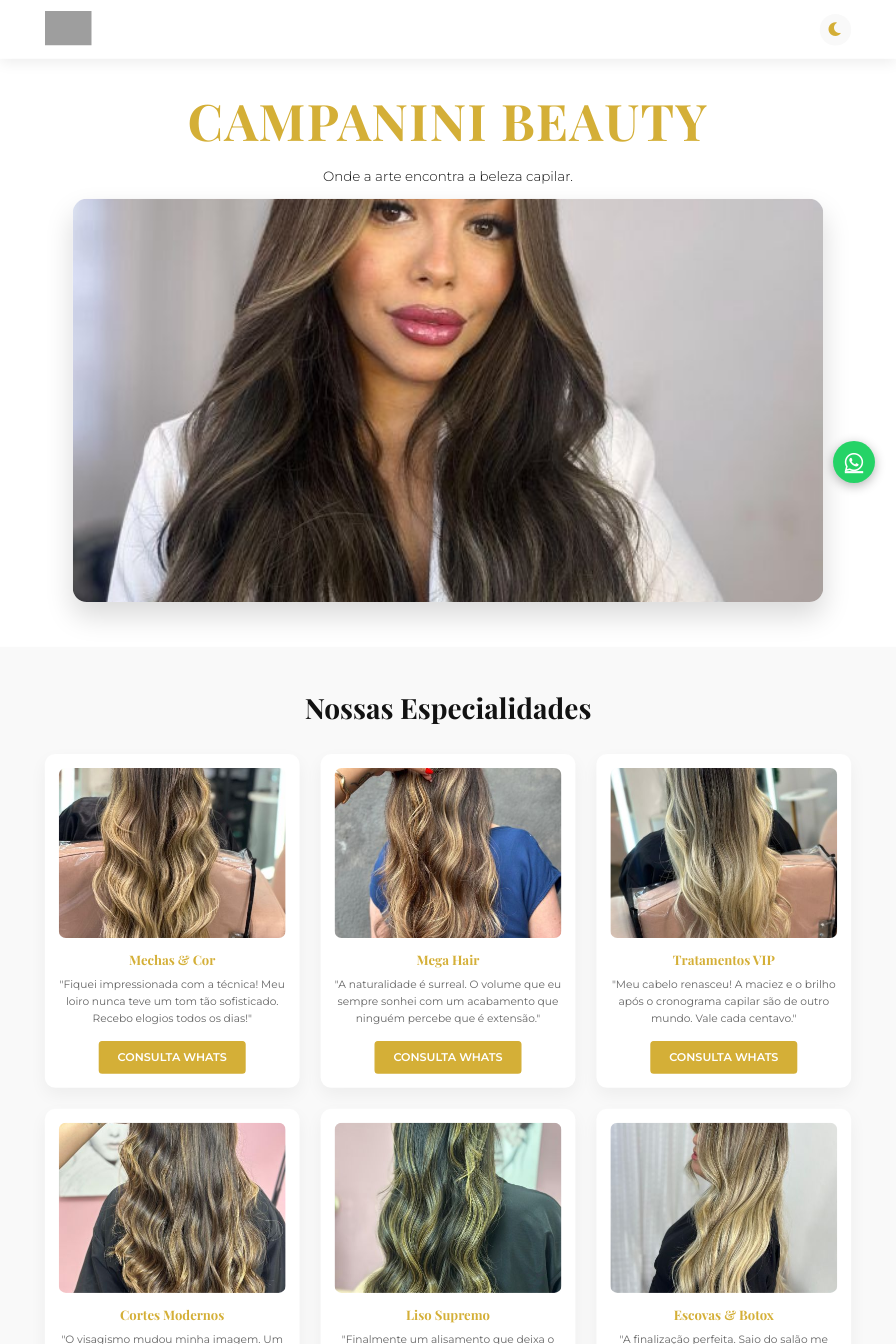
Repository: Sandro1969-tech/campanini-beauty
Page: index.html
These files come from the project's save history. The page is drawn as it stood at one moment and after the next save; the edit follows.
The browser window is 1280 px wide. The pictures show the part of the page from y = 0 to 1920 px (the page is 3137 px tall before and 3157 px after), at 70% of full size.
Pictures or frames that could not be fetched are drawn as grey boxes. Some web fonts or font styles are not loaded; a fallback is used.

Above is the page before, as saved 2026-02-17 12:23:08.

### index.html
<!DOCTYPE html>
<html lang="pt-br">
<head>
    <meta charset="UTF-8">
    <meta name="viewport" content="width=device-width, initial-scale=1.0">
    <title>Campanini Beauty | Transformação e Brilho</title>
    <link rel="icon" href="assets/image/favicon.png" type="image/png">

    <link href="https://fonts.googleapis.com/css2?family=Montserrat:wght@300;400;600;700&family=Playfair+Display:ital,wght@0,700;1,700&display=swap" rel="stylesheet">
    <link rel="stylesheet" href="https://cdnjs.cloudflare.com/ajax/libs/font-awesome/6.0.0/css/all.min.css">

    <style>
        :root {
            --primary: #d4af37; /* Dourado */
            --dark: #121212;
            --light: #ffffff;
            --gray-bg: #f9f9f9;
            --text-muted: #666;
            --transition: 0.4s cubic-bezier(0.4, 0, 0.2, 1);
        }

        .dark-mode {
            --light: #121212;
            --dark: #ffffff;
            --gray-bg: #1e1e1e;
            --text-muted: #aaa;
        }

        * { margin: 0; padding: 0; box-sizing: border-box; font-family: 'Montserrat', sans-serif; }
        body { background-color: var(--light); color: var(--dark); transition: background var(--transition), color var(--transition); overflow-x: hidden; }

        /* --- Header --- */
        header {
            padding: 15px 5%;
            display: flex;
            justify-content: space-between;
            align-items: center;
            position: sticky;
            top: 0;
            background: var(--light);
            z-index: 1000;
            box-shadow: 0 4px 20px rgba(0,0,0,0.08);
        }

        .logo img { height: 50px; transition: transform 0.3s; }
        .logo img:hover { transform: scale(1.05); }

        .theme-toggle {
            cursor: pointer;
            font-size: 1.4rem;
            color: var(--primary);
            background: var(--gray-bg);
            padding: 10px;
            border-radius: 50%;
            width: 45px;
            height: 45px;
            display: flex;
            align-items: center;
            justify-content: center;
        }

        /* --- Hero Section --- */
        .hero {
            text-align: center;
            padding: 40px 5%;
            max-width: 1200px;
            margin: 0 auto;
        }

        .pulsing-title {
            font-family: 'Playfair Display', serif;
            font-size: clamp(2.5rem, 8vw, 4.5rem);
            margin-bottom: 20px;
            color: var(--primary);
            animation: pulse 2.5s infinite ease-in-out;
            text-transform: uppercase;
            letter-spacing: 2px;
        }
/* CORREÇÃO AQUI: Imagem principal sem altura fixa para não cortar */
    .main-img {
        width: 100%;
        min-height: 400px;
        height: auto; /* Deixa a foto na proporção real */
        max-height: 80vh; /* Impede que fique minigigante em telas enormes */
        object-fit: cover;
        object-position: center; /* Garante que a foto apareça inteira */
        border-radius: 20px;
        margin: 20px 0;
        box-shadow: 0 20px 40px rgba(0,0,0,0.15);
    }

    /* --- Services Grid (Ajuste da Qualidade) --- */
    .services-container { padding: 60px 5%; background: var(--gray-bg); }
    .section-title { text-align: center; font-family: 'Playfair Display', serif; font-size: 2.5rem; margin-bottom: 40px; }

    .services-grid {
        display: grid;
        grid-template-columns: repeat(auto-fit, minmax(300px, 1fr));
        gap: 30px;
        max-width: 1200px;
        margin: 0 auto;
    }

    .service-card {
        background: var(--light);
        padding: 20px;
        border-radius: 15px;
        text-align: center;
        transition: transform var(--transition);
        box-shadow: 0 10px 25px rgba(0,0,0,0.05);
    }

    .service-card:hover { transform: translateY(-10px); }

    /* CORREÇÃO AQUI: Imagens das colunas com proporção preservada */
    .service-card img {
        width: 100%;
        aspect-ratio: 4 / 3; /* Define uma proporção elegante (ajuste para 1/1 se preferir quadradas) */
        object-fit: cover; /* Preenche o espaço sem esticar */
        border-radius: 10px;
        margin-bottom: 15px;
        image-rendering: auto; /* Garante a melhor qualidade do navegador */
    }

    .service-card h3 { font-family: 'Playfair Display', serif; color: var(--primary); margin-bottom: 10px; }
    .service-card p { font-size: 0.95rem; color: var(--text-muted); line-height: 1.6; margin-bottom: 20px; }

    /* --- Botões Hover --- */
    .btn-ws {
        display: inline-block;
        padding: 12px 25px;
        background-color: var(--primary);
        color: white;
        text-decoration: none;
        border-radius: 5px;
        font-weight: 600;
        border: 2px solid var(--primary);
        transition: 0.3s;
    }

    .btn-ws:hover {
        background-color: transparent;
        color: var(--primary);
        transform: scale(1.05);
    }

    /* Resto do CSS (Depoimentos, Rodapé, Whats) mantidos para responsividade */
    .testimonials { padding: 80px 5%; text-align: center; max-width: 1200px; margin: 0 auto; }
    .testimonial-grid { display: grid; grid-template-columns: repeat(auto-fit, minmax(250px, 1fr)); gap: 25px; margin-top: 40px; }
    .testi-card { padding: 30px; border: 1px solid var(--primary); border-radius: 15px; }
    .testi-img { width: 70px; height: 70px; border-radius: 50%; object-fit: cover; border: 2px solid var(--primary); margin-bottom: 15px; }

    footer { background: #000; color: #fff; padding: 50px 5% 20px; text-align: center; }
    .map-container { margin: 30px auto; max-width: 900px; height: 300px; border-radius: 15px; overflow: hidden; }

    .whatsapp-float {
        position: fixed; bottom: 30px; right: 30px;
        background-color: #25d366; color: #FFF;
        border-radius: 50%; width: 60px; height: 60px;
        display: flex; align-items: center; justify-content: center;
        font-size: 30px; z-index: 2000; box-shadow: 0 4px 15px rgba(0,0,0,0.3);
        animation: bounce 2s infinite;
    }

    @keyframes pulse {
        0%, 100% { transform: scale(1); }
        50% { transform: scale(1.05); text-shadow: 0 0 20px rgba(212, 175, 55, 0.5); }
    }
    @keyframes bounce {
        0%, 20%, 50%, 80%, 100% {transform: translateY(0);}
        40% {transform: translateY(-10px);}
    }

    @media (max-width: 768px) {
        .pulsing-title { font-size: 2rem; }
        .main-img { max-height: 50vh; }
    }
</style>    </style>
</head>
<body>

    <header>
        <div class="logo">
            <img src="assets/image/Logo-campanini.png" alt="Campanini Beauty">
        </div>
        <div class="theme-toggle" onclick="toggleTheme()" title="Trocar modo">
            <i class="fas fa-moon" id="theme-icon"></i>
        </div>
    </header>

    <section class="hero">
        <h1 class="pulsing-title">Campanini Beauty</h1>
        <p style="font-size: 1.2rem; font-weight: 300;">Onde a arte encontra a beleza capilar.</p>
        <img src="assets/image/principal.jpg" alt="Destaque Campanini" class="main-img">
    </section>

    <div class="services-container">
        <h2 class="section-title">Nossas Especialidades</h2>
        <div class="services-grid">
            <div class="service-card">
                <img src="assets/image/imagem1.jpg" alt="Mechas">
                <h3>Mechas & Cor</h3>
                <p>"Fiquei impressionada com a técnica! Meu loiro nunca teve um tom tão sofisticado. Recebo elogios todos os dias!"</p>
                <a href="https://wa.me/5511999999999" class="btn-ws">CONSULTA WHATS</a>
            </div>
            <div class="service-card">
                <img src="assets/image/imagem2.jpg" alt="Mega Hair">
                <h3>Mega Hair</h3>
                <p>"A naturalidade é surreal. O volume que eu sempre sonhei com um acabamento que ninguém percebe que é extensão."</p>
                <a href="https://wa.me/5511999999999" class="btn-ws">CONSULTA WHATS</a>
            </div>
            <div class="service-card">
                <img src="assets/image/imagem3.jpg" alt="Tratamentos">
                <h3>Tratamentos VIP</h3>
                <p>"Meu cabelo renasceu! A maciez e o brilho após o cronograma capilar são de outro mundo. Vale cada centavo."</p>
                <a href="https://wa.me/5511999999999" class="btn-ws">CONSULTA WHATS</a>
            </div>
            <div class="service-card">
                <img src="assets/image/imagem4.jpg" alt="Cortes">
                <h3>Cortes Modernos</h3>
                <p>"O visagismo mudou minha imagem. Um corte que valoriza meu rosto e é super fácil de arrumar em casa!"</p>
                <a href="https://wa.me/5511999999999" class="btn-ws">CONSULTA WHATS</a>
            </div>
            <div class="service-card">
                <img src="assets/image/imagem5.jpg" alt="Alisamentos">
                <h3>Liso Supremo</h3>
                <p>"Finalmente um alisamento que deixa o cabelo com balanço e aspecto saudável. Brilho espelhado maravilhoso!"</p>
                <a href="https://wa.me/5511999999999" class="btn-ws">CONSULTA WHATS</a>
            </div>
            <div class="service-card">
                <img src="assets/image/imagem6.jpg" alt="Escovas">
                <h3>Escovas & Botox</h3>
                <p>"A finalização perfeita. Saio do salão me sentindo uma celebridade pronta para qualquer evento!"</p>
                <a href="https://wa.me/5511999999999" class="btn-ws">CONSULTA WHATS</a>
            </div>
        </div>
    </div>

    <section class="testimonials">
        <h2 class="section-title">Quem Confia</h2>
        <div class="testimonial-grid">
            <div class="testi-card">
                <img src="https://i.pravatar.cc/150?u=1" alt="Cliente 1" class="testi-img">
                <i class="fas fa-quote-left"></i>
                <p>"O melhor salão de São Paulo! O atendimento do Campanini Beauty é impecável e os produtos são de altíssima qualidade."</p>
                <h4 style="margin-top:15px; color: var(--primary);">Mariana Silva</h4>
            </div>
            <div class="testi-card">
                <img src="https://i.pravatar.cc/150?u=2" alt="Cliente 2" class="testi-img">
                <i class="fas fa-quote-left"></i>
                <p>"Fiz reflexo e cortei. O resultado superou todas as minhas expectativas. Me sinto um gatão!"</p>
                <h4 style="margin-top:15px; color: var(--primary);">Julio Costa</h4>
            </div>
            <div class="testi-card">
                <img src="https://i.pravatar.cc/150?u=3" alt="Cliente 3" class="testi-img">
                <i class="fas fa-quote-left"></i>
                <p>"Ambiente luxuoso e profissionais extremamente competentes. É o meu momento favorito da semana."</p>
                <h4 style="margin-top:15px; color: var(--primary);">Fernanda Lima</h4>
            </div>
        </div>
    </section>

    <footer>
        <div class="social-links">
            <a href="https://instagram.com/campaninibeauty" target="_blank"><i class="fab fa-instagram"></i></a>
        </div>
        <p><i class="fas fa-map-marker-alt" style="color:var(--primary)"></i> Rua soldado João Oliveira, 421<br>Bairro Chácara Inglesa, São Paulo</p>

        <div class="map-container">
            <iframe src="https://www.google.com/maps/embed?pb=!1m18!1m12!1m3!1d3655.8828987317785!2d-46.6384288!3d-23.6085188!2m3!1f0!2f0!3f0!3m2!1i1024!2i768!4f13.1!3m3!1m2!1s0x94ce5a3713606f7b%3A0xc07472064166297a!2sR.%20Soldado%20Jo%C3%A3o%20de%20Oliveira%2C%20421%20-%20Ch%C3%A1cara%20Inglesa%2C%20S%C3%A3o%20Paulo%20-%20SP%2C%2004139-011!5e0!3m2!1spt-BR!2sbr!4v1700000000000" width="100%" height="100%" style="border:0;" allowfullscreen="" loading="lazy"></iframe>
        </div>
        <p style="font-size: 0.8rem; opacity: 0.6;">© 2024 Campanini Beauty. Criado com elegância.</p>
    </footer>

    <a href="https://wa.me/5511999999999" class="whatsapp-float" target="_blank">
        <i class="fab fa-whatsapp"></i>
    </a>

    <script>
        function toggleTheme() {
            const body = document.body;
            const icon = document.getElementById('theme-icon');
            body.classList.toggle('dark-mode');

            if (body.classList.contains('dark-mode')) {
                icon.classList.replace('fa-moon', 'fa-sun');
            } else {
                icon.classList.replace('fa-sun', 'fa-moon');
            }
        }
    </script>
</body>
</html>

After the next save:
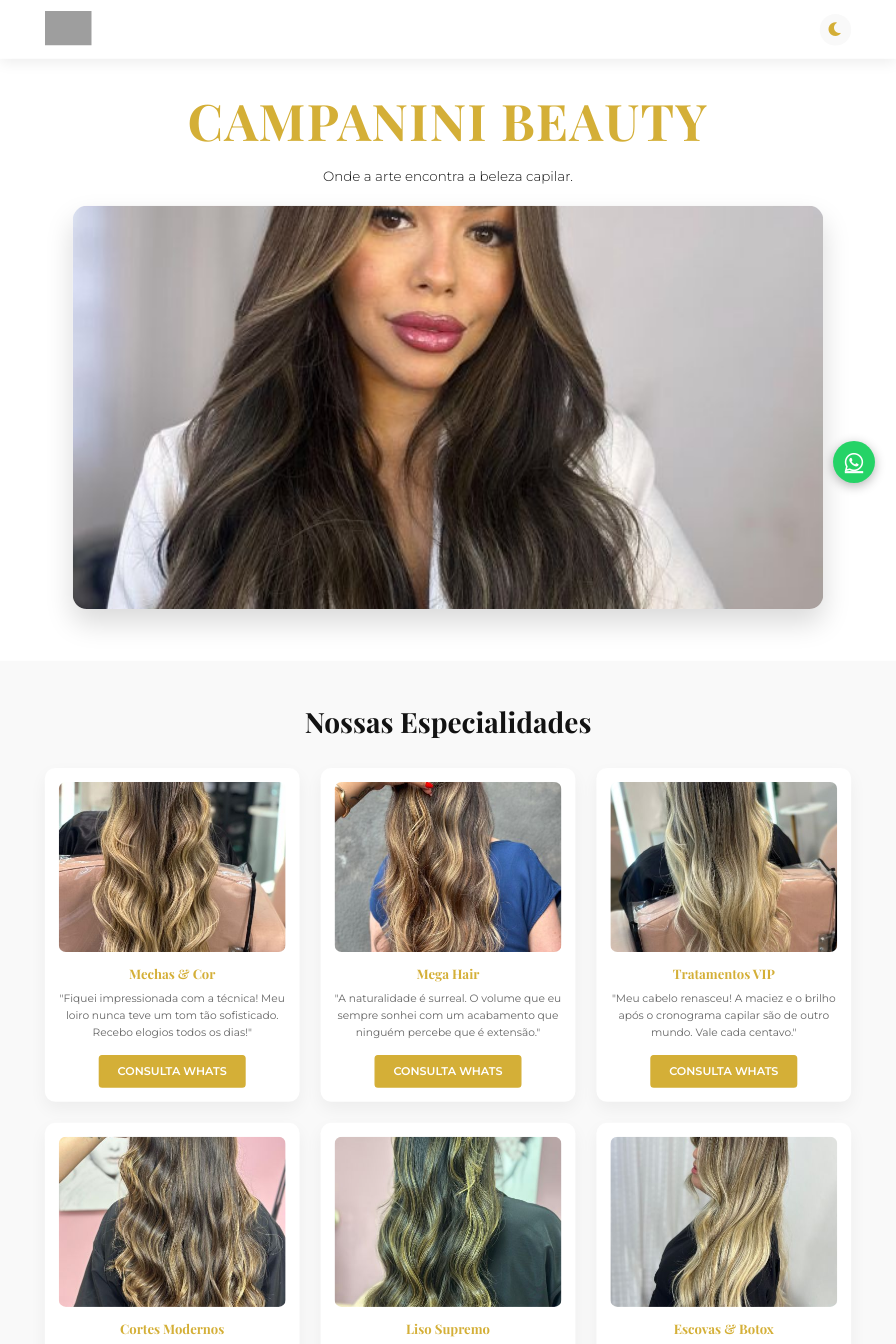
Saved 7 s later.
--- a/index.html
+++ b/index.html
@@ -85,7 +85,7 @@
         object-fit: cover;
         object-position: center; /* Garante que a foto apareça inteira */
         border-radius: 20px;
-        margin: 20px 0;
+        margin: 30px 0;
         box-shadow: 0 20px 40px rgba(0,0,0,0.15);
     }
 
